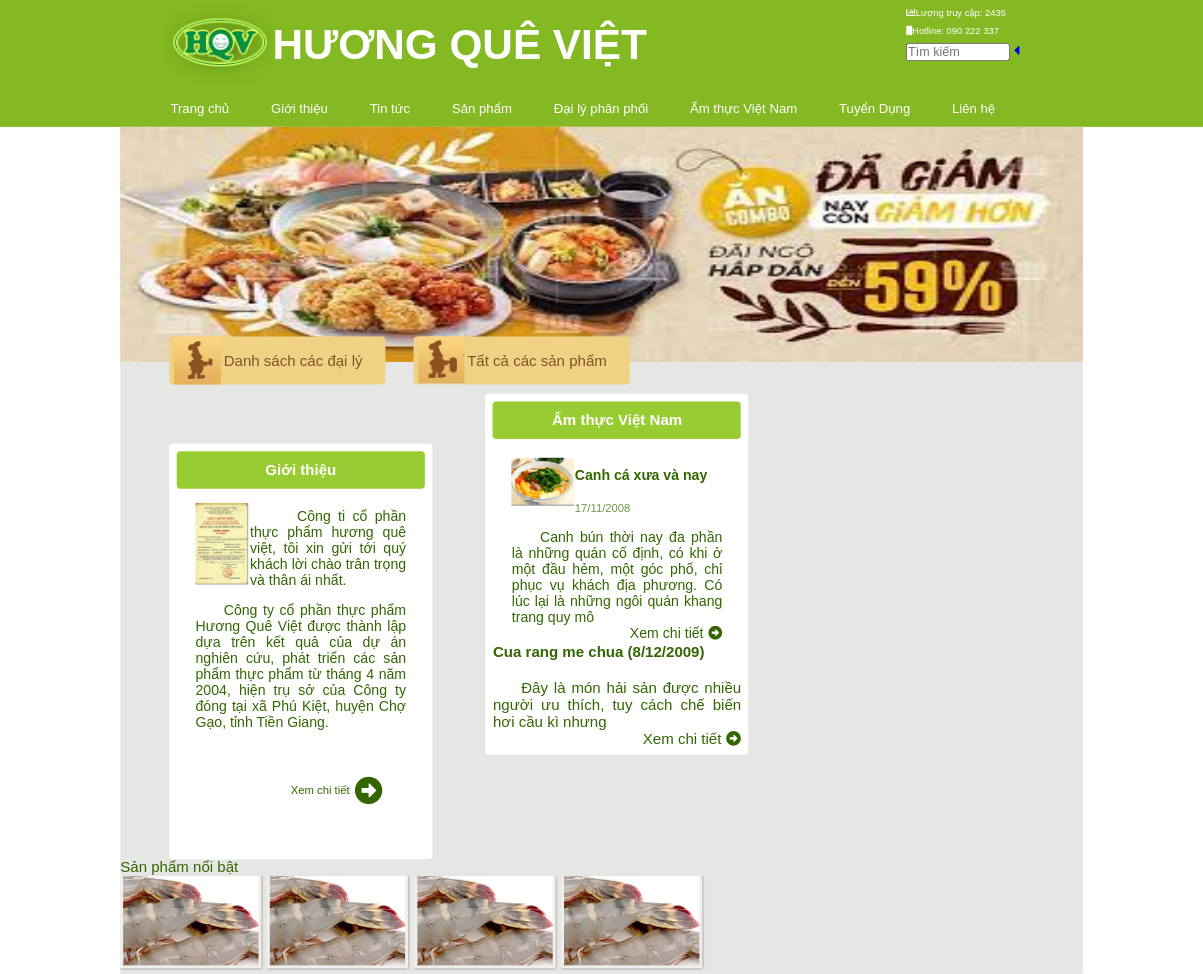
Repository: NgocTruong0701/Self_Learning
Page: html/practice/Baitapweb/index.html
The author's editor kept a copy of each file at every save. The page is drawn from the files as they stood at one save, then again after the next save.
The browser window is 1280 px wide. The pictures show the whole page, at 94% of full size.

Above is the page before, as saved 2021-10-06 21:49:09.

After the next save:
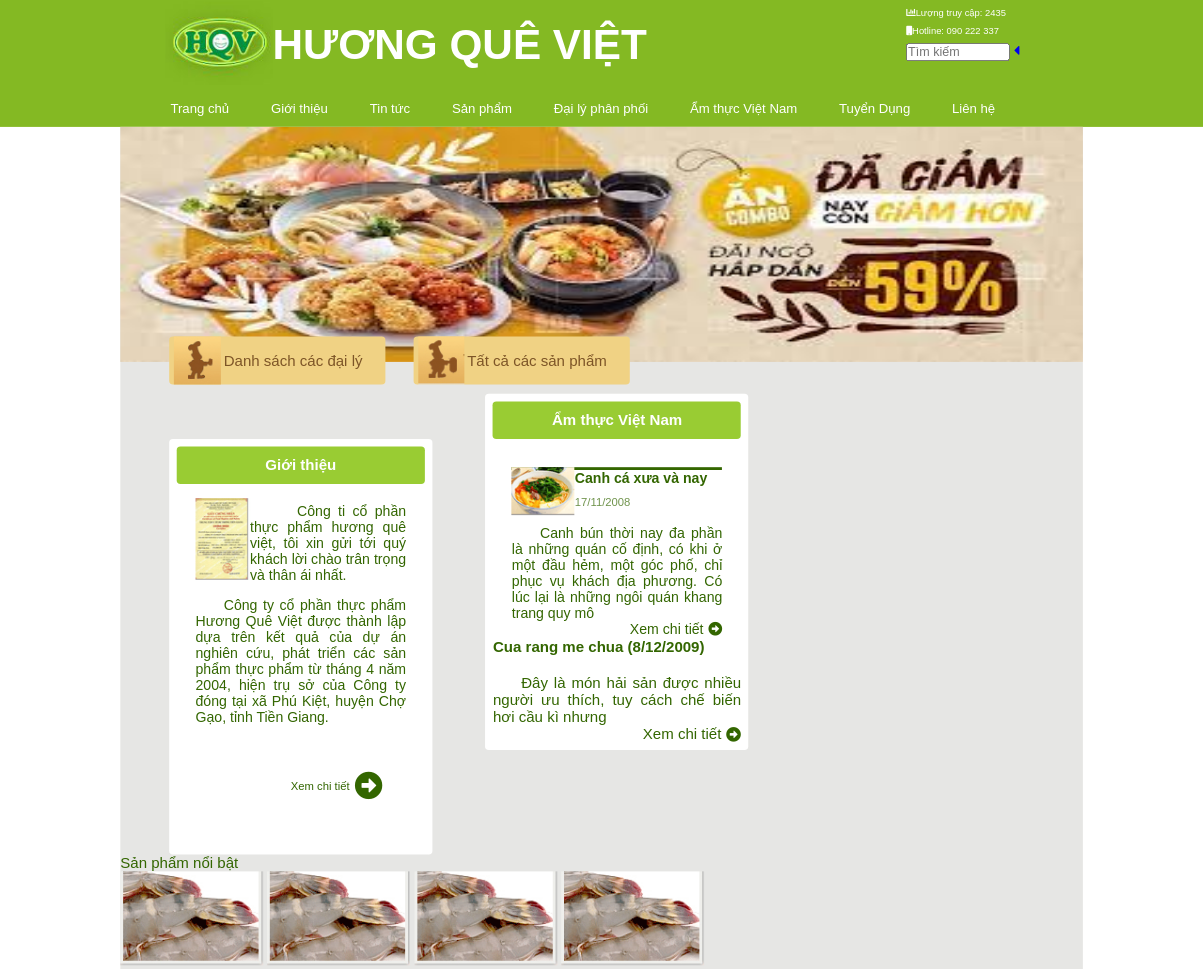
Saved 98 s later.
--- a/html/practice/Baitapweb/assets/css/styles.css
+++ b/html/practice/Baitapweb/assets/css/styles.css
@@ -240,8 +240,8 @@ header .box-right{
 
 .reviewer .heading-up{
     font-size:15px;
-    padding:10px;
-    clear: right;
+    border-top: solid;
+    margin-top: 30px;
 }
 /* End Container */
 
